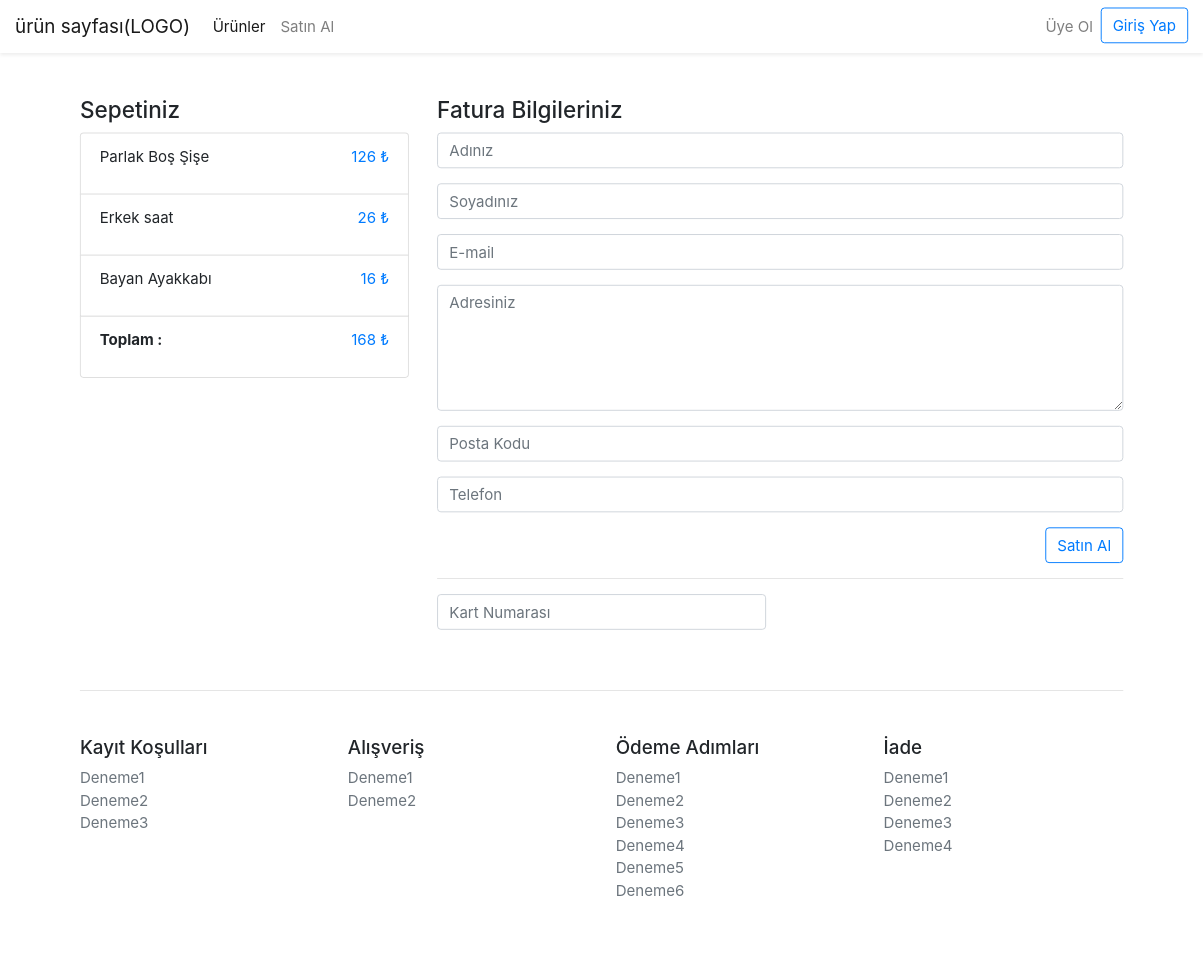
Repository: NergisAktug/E-Commerce-PythonWithFlask-Sqlite3
Page: templates/ödeme.html
These files come from the project's save history. The page is drawn as it stood at one moment and after the next save; the edit follows.
The browser window is 1280 px wide. The pictures show the whole page, at 94% of full size.

Above is the page before, as saved 2018-11-24 00:50:17.

After the next save:
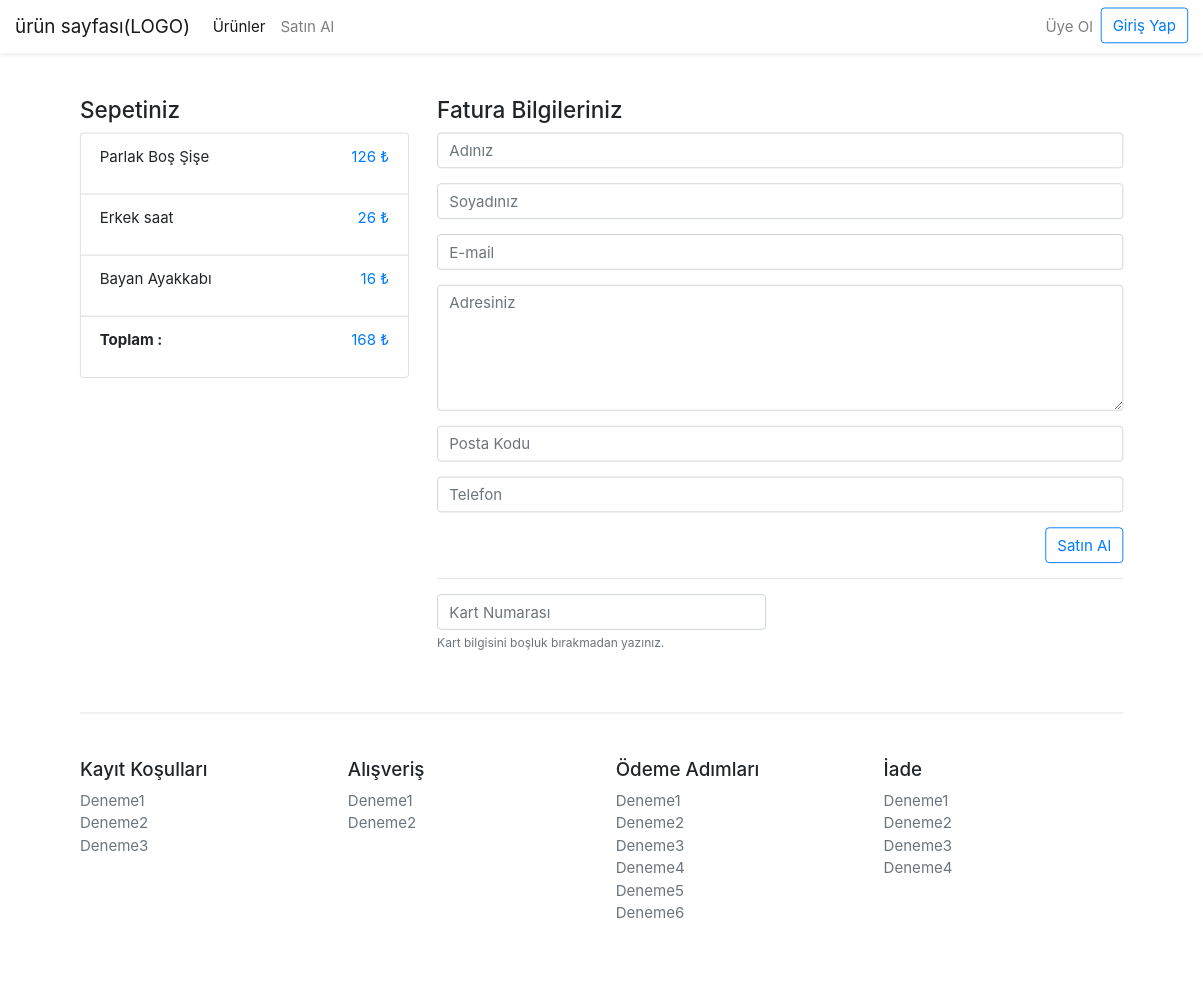
Saved 2 min 12 s later.
--- a/templates/ödeme.html
+++ b/templates/ödeme.html
@@ -87,9 +87,10 @@
                      </div>
                    <div class="clearfix"></div><hr>
                    <div class="row">
-                    <div class="col-md-6">
-                        <div class="form-group">
-                            <input type="text" class="form-control" placeholder="Kart Numarası" minlength="16" required>
+                <div class="col-md-6">
+                    <div class="form-group">
+                        <input type="text" class="form-control" placeholder="Kart Numarası" minlength="16" required>
+                        <small class="text-muted">Kart bilgisini boşluk bırakmadan yazınız.</small>
                         </div>
                     </div>
                     <div class="col-md-6"></div>
